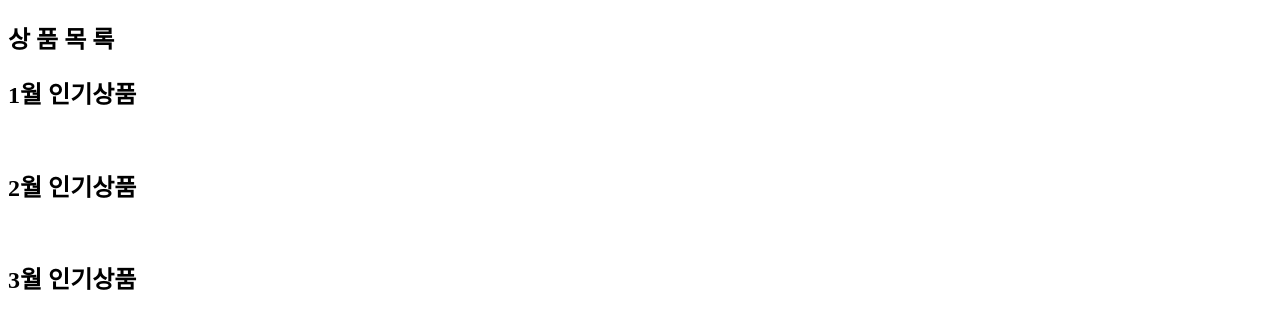
Repository: odasd/jsp
Page: http://localhost/semi/record/record3.jsp
These files come from the project's save history. The page is drawn as it stood at one moment and after the next save; the edit follows.
The browser window is 1280 px wide. The pictures show the whole page.
Some web libraries are served in a nearby version. The page is served by Tomcat 9. Other server files are loaded and not shown. Queries for data that is not in the repository find no rows.

Above is the page before, as saved 2020-06-17 09:16:18.

### semi/WebContent/record/record3.jsp
<%@ page language="java" contentType="text/html; charset=UTF-8"
	pageEncoding="UTF-8"%>


<!DOCTYPE html>
<html>
<head>
<meta charset="UTF-8">
<title>히히호호</title>
<script src="http://code.jquery.com/jquery-3.1.1.min.js"></script>
<script
	src="https://cdnjs.cloudflare.com/ajax/libs/handlebars.js/3.0.1/handlebars.js"></script>
<style>
#tbl1, #tbl2, #tbl3 {
	width: 1000px;
}

.image {
	width: 200px;
	float: left;
}

.help {width:1000px; }

</style>
</head>
<body>
	<div id="divPage">
		<div id="divMenu"></div>
		<div id="divHeader">
			<h2>상 품 목 록</h2>
		</div>
		<div id="haha">
			<div class="help">
				<h2>1월 인기상품</h2>
				<div id="tbl1"></div>
				<script id="temp1" type="text/x-handlebars-template">
         {{#each array}}

					<div class="image"><img src="{{printImage image}}"><br>
					상품명 : {{product_name}}<br>판매수량 : {{sold_quantity}}</div>
			{{/each}}
      </script>
			</div><br>
			<div class="help">
				<h2>2월 인기상품</h2>
				<div id="tbl2"></div>
				<script id="temp2" type="text/x-handlebars-template">
         {{#each array}}
					<div class="image"><img src="{{printImage image}}"><br>
					상품명 : {{product_name}}<br> 판매수량 : {{sold_quantity}}</div>

           {{/each}}
      </script>

			</div><br>
			<div class="help">
				<h2>3월 인기상품</h2>
				<div id="tbl3"></div>
				<script id="temp3" type="text/x-handlebars-template">
         {{#each array}}

					<div class="image"><img src="{{printImage image}}"><br>
					상품명 : {{product_name}}<br>판매수량 : {{sold_quantity}}</div>

           {{/each}}
      </script>
			</div>
		</div>
	</div>
</body>
<script>
	var selMonth;

	getList(1);
	getList(2);
	getList(3);

	function getList(selMonth) {

		$
				.ajax({
					type : "get",
					url : "/semi/record/topTen",
					data : {
						"selMonth" : selMonth
					},
					dataType : "json",
					success : function(data) {

						var template = Handlebars.compile($("#temp" + selMonth)
								.html());
						$("#tbl" + selMonth).html(template(data));
					}
				});
	}

	Handlebars.registerHelper("printImage", function(image) {
		var src;
		if (!image)
			src = "http://placehold.it/200x300";
		else
			src = "/img/product/" + image;
		return src;
	});
</script>
</html>

### semi/src/record/RecordServlet.java
package record;

import java.io.IOException;
import java.io.PrintWriter;

import javax.servlet.ServletException;
import javax.servlet.annotation.WebServlet;
import javax.servlet.http.HttpServlet;
import javax.servlet.http.HttpServletRequest;
import javax.servlet.http.HttpServletResponse;

import org.json.simple.JSONObject;

/**
 * Servlet implementation class RecordServlet
 */
@WebServlet(value={"/record/topTen"})
public class RecordServlet extends HttpServlet {
	private static final long serialVersionUID = 1L;


	protected void doGet(HttpServletRequest request, HttpServletResponse response) throws ServletException, IOException {
		response.setContentType("text/html;charset=UTF-8"); //한글깨짐 방지
		PrintWriter out=response.getWriter(); //브라우저에 출력하기 위한 객체
		RecordDAO rdao=new RecordDAO();

		switch(request.getServletPath()) {

		case "/record/topTen" :

			String strMonth=request.getParameter("selMonth");
			int month=Integer.parseInt(strMonth);
			out.println(rdao.list(month));
			break;

		}


	}


	protected void doPost(HttpServletRequest request, HttpServletResponse response) throws ServletException, IOException {

	}

}

### semi/src/record/RecordDAO.java
package record;

import java.sql.PreparedStatement;
import java.sql.ResultSet;

import org.json.simple.JSONArray;
import org.json.simple.JSONObject;

import database.Database;

public class RecordDAO {


	//월별 탑10 상품 출력

	public JSONObject list(int month) {
		JSONObject jObject=new JSONObject();
		try {
			String sql="select img, product_name, sold_quantity\r\n" +
					"from product p, sell_record s\r\n" +
					"where p.product_code=s.product_code and p.category_code=s.category_code and month=?\r\n" +
					"order by sold_quantity desc limit 0, 5";
			PreparedStatement ps=Database.CON.prepareStatement(sql);
			ps.setInt(1, month);
			ResultSet rs=ps.executeQuery();
			JSONArray jArray=new JSONArray();
			while(rs.next()) {
				JSONObject obj=new JSONObject();
				obj.put("img", rs.getString("img"));
				obj.put("product_name", rs.getString("product_name"));
				obj.put("sold_quantity", rs.getInt("sold_quantity"));
				jArray.add(obj);
			}
			jObject.put("array", jArray);
		} catch(Exception e) {
			System.out.println("top10상품목록 : "+e.toString());
		}

		return jObject;
	}

}

### semi/src/database/Database.java
package database;

import java.sql.*;

public class Database {
	public static Connection CON;
	static {
		try {
			Class.forName("com.mysql.jdbc.Driver");
			CON = DriverManager.getConnection("jdbc:mysql://localhost:3306/mydb", "semi", "pass");
			System.out.println("connected");
		} catch (Exception e) {
			System.out.println("connection error: " + e.toString());
		}
	}
}

After the next save:
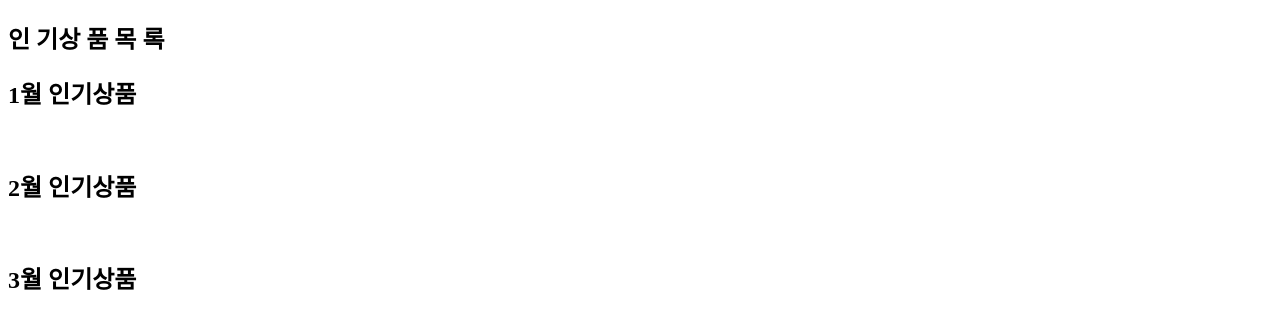
Saved 43 s later.
--- a/semi/WebContent/record/record3.jsp
+++ b/semi/WebContent/record/record3.jsp
@@ -28,7 +28,7 @@
 	<div id="divPage">
 		<div id="divMenu"></div>
 		<div id="divHeader">
-			<h2>상 품 목 록</h2>
+			<h2>인 기상 품 목 록</h2>
 		</div>
 		<div id="haha">
 			<div class="help">
